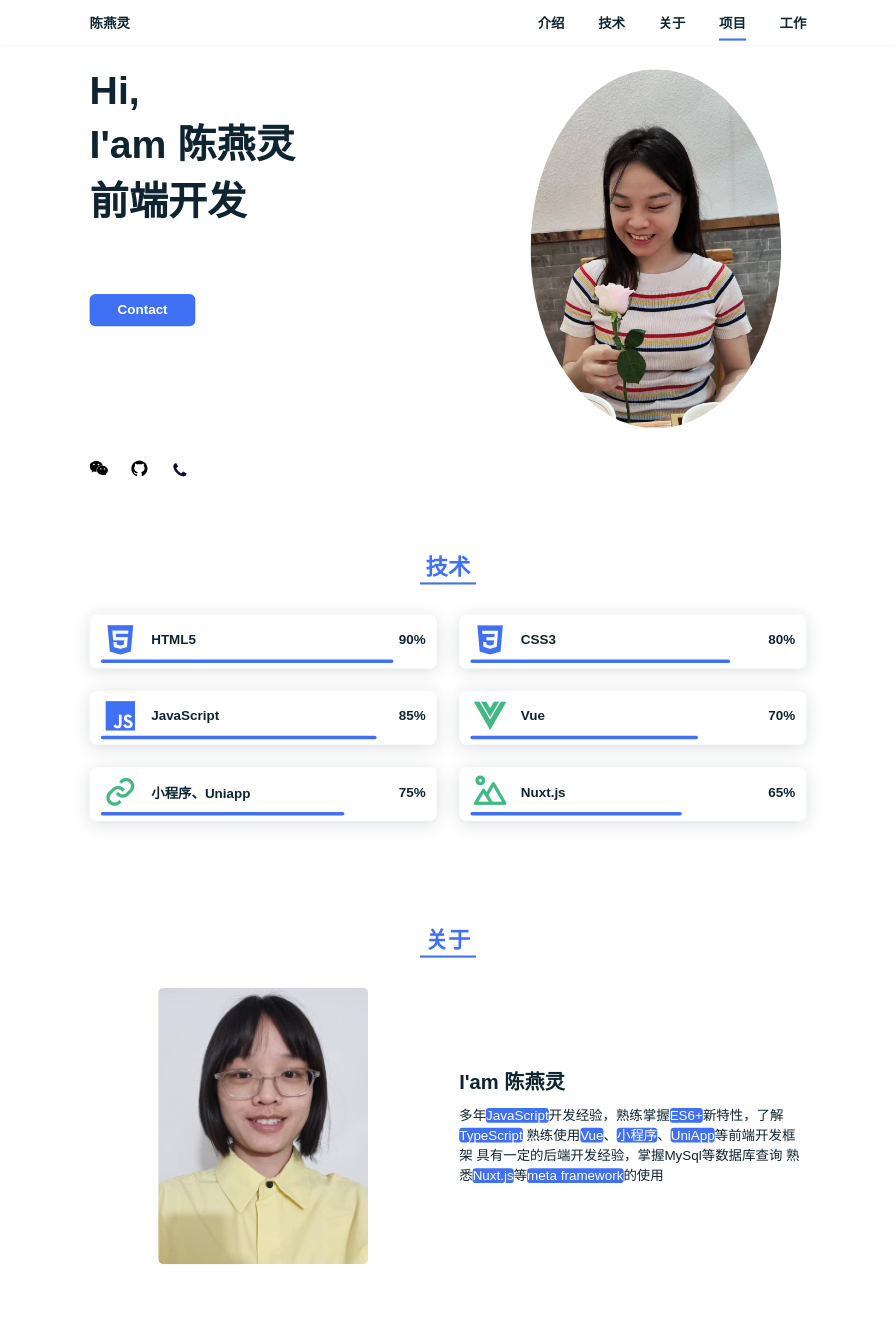
Repository: alinlinbo/yanling-resume-site
Page: index.html
The author's editor kept a copy of each file at every save. The page is drawn from the files as they stood at one save, then again after the next save.
The browser window is 1280 px wide. The pictures show the part of the page from y = 0 to 1920 px (the page is 3770 px tall), at 70% of full size.

Above is the page before, as saved 2023-09-18 18:18:38.

After the next save:
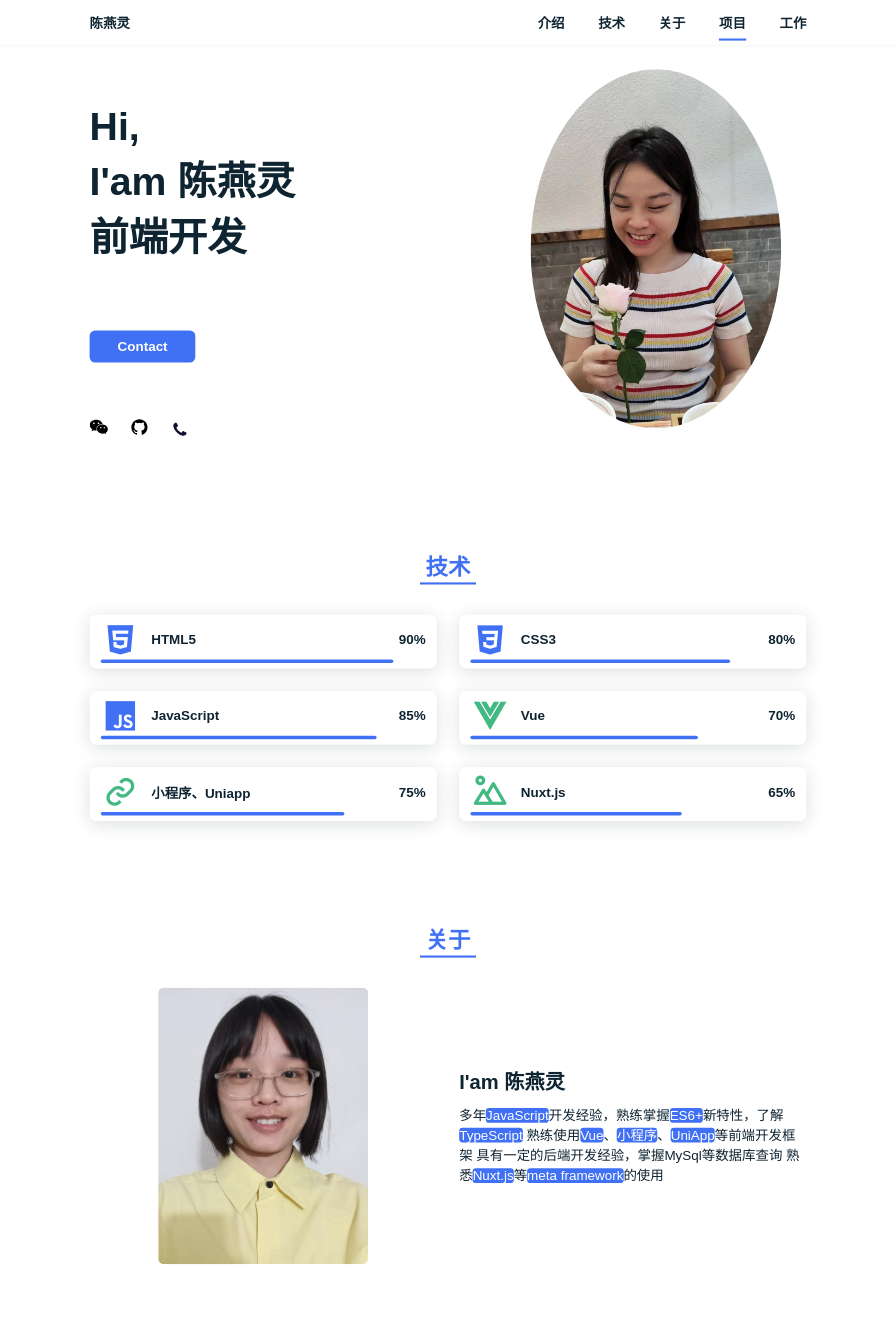
Saved 9 min 27 s later.
--- a/assets/css/style.css
+++ b/assets/css/style.css
@@ -434,6 +434,10 @@ img {
     /* display: none; */
     opacity: 0;
     width: 200px;
+    position: absolute;
+    bottom: 5rem;
+    background-color: #333;
+    z-index: 12
 }
 
 /* buttton */
